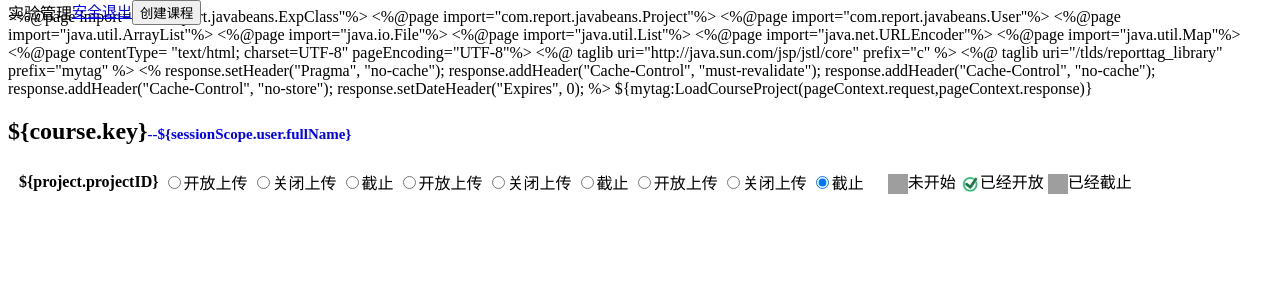
Repository: IAmJiangWenHao/ReportServer
Page: web/demo.html
These files come from the project's save history. The page is drawn as it stood at one moment and after the next save; the edit follows.
The browser window is 1280 px wide. The pictures show the whole page.
Pictures or frames that could not be fetched are drawn as grey boxes.

Above is the page before, as saved 2023-05-18 16:15:48.

### web/demo.html
<%@page import="com.report.javabeans.ExpClass"%>
<%@page import="com.report.javabeans.Project"%>
<%@page import="com.report.javabeans.User"%>
<%@page import="java.util.ArrayList"%>
<%@page import="java.io.File"%>
<%@page import="java.util.List"%>
<%@page import="java.net.URLEncoder"%>
<%@page import="java.util.Map"%>
<%@page contentType= "text/html; charset=UTF-8" pageEncoding="UTF-8"%>

<%@ taglib uri="http://java.sun.com/jsp/jstl/core" prefix="c" %>
<%@ taglib uri="/tlds/reporttag_library" prefix="mytag" %>
<!--script type="text/javascript" src="${pageContext.request.contextPath}/script/scriptV1.js?v=1.0"></script-->
<!DOCTYPE html>
<html>
  <%
    response.setHeader("Pragma", "no-cache");
    response.addHeader("Cache-Control", "must-revalidate");
    response.addHeader("Cache-Control", "no-cache");
    response.addHeader("Cache-Control", "no-store");
    response.setDateHeader("Expires", 0);
  %>
  <head>
    <meta http-equiv="Content-Type" content="text/html; charset=UTF-8">
    <title>实验上传系统 </title>
  </head>
  <body>
    ${mytag:LoadCourseProject(pageContext.request,pageContext.response)}
    <script>
      window.onload = function () {//Ajax实现更新项目状态
        var ratios = document.getElementsByTagName("input");//获取所有input（本页面的input只有单选按钮）
        var map = new Map();//记录单选按钮旧值
        for (var i = 0; i < ratios.length; i++) {
          map.set((i + 1).toString(), ratios[i].checked);
          //oninput事件在input的值发生改变时触发，这里监听单选按钮值得改变
          ratios[i].oninput = function () {
            var r = false;
            if (this.value === "deadline") {//是否选择截止
              //是否确认修改
              r = confirm("截止后不可再设置，确定截止？");
            }
            //取消截止
            if (this.value === "deadline" && r === false) {
              var list = document.getElementsByName(this.name);
              for (var j = 0; j < list.length; j++)
                list[j].checked = map.get(list[j].id);
              return;
            }
            ratioName = this.name;
            //确定截止，不允许再更改状态
            if (this.value === "deadline") {
              var list = document.getElementsByName(this.name);
              for (var j = 0; j < list.length; j++)
              {
                list[j].disabled = "disable";
                map.set(list[j].id, list[j].checked);
              }
            } else {
              var list = document.getElementsByName(this.name);
              for (var j = 0; j < list.length; j++)
                map.set(list[j].id, false);
              map.set(this.id, this.checked);
            }
            var formData = new FormData();//FormData 对象
            var course = ratioName.substr(0, ratioName.indexOf("-"));
            var project = ratioName.substr(ratioName.indexOf("-") + 1, ratioName.length - 1);
            //添加KV
            formData.append("project", project);//项目
            formData.append("course", course); //课程名
            formData.append("status", this.value);//状态
            var cell = document.getElementById(this.name);
            //显示实验项目状态提示信息
            cell.innerHTML = "&nbsp;&nbsp;&nbsp;&nbsp;&nbsp;";
            if (this.value === "open")
              cell.innerHTML += "<img style=\"vertical-align: middle;height:20px;width:20px\" src=\"./img/check.jpg\"/>已经开放";
            if (this.value === "close")
              cell.innerHTML += "<img style=\"vertical-align: middle;height:20px;width:20px\" src=\"./img/undone.png\"/>未开始";
            if (this.value === "deadline")
              cell.innerHTML += "<img style=\"vertical-align: middle;height:20px;width:20px\" src=\"./img/deadline.jpg\"/>已截止";
            //1.创建请求对象
            const xhr = new XMLHttpRequest();
            //2.设置请求行，这里用post(get请求数据写在url后面)
            //updateProject.do实现后端更新
            xhr.open("post", getAppPath() + "/updateProject.do");
            //3.设置请求头(get请求可以省略,post不发送数据也可以省略)
            //xhr.setRequestHeader("Content-type","application/x-www-form-urlencoded");
            // 用formData可以不写请求头，写了无法正常上传文件
            //4.请求主体发送(get请求为空，或者写null，post请求数据写在这里，
            //如果没有数据，直接为空或者写null)
            xhr.send(formData);
            //注册回调函数
            xhr.onload = function ()
            {
              if (xhr.readyState === 4)
              {
                if (xhr.status >= 200 && xhr.status <= 300)
                { //判断响应码 2XX 表示成功
                  console.log(xhr.response.toString());
                } else
                  console.log("响应码：" + xhr.status); //状态码
              } else
                console.log(xhr.readyState);
              ;
            };
          };
        }
        ;
      };
    </script>
    <script>
      function getAppPath() {
        //获取当前URL
        var curURL = window.document.location.href;
        //获取主机地址之后的路径部分（就是文件地址）
        var pathName = window.document.location.pathname;
        var pos = curURL.indexOf(pathName);
        //获取应用地址
        var host = curURL.substring(0, pos);
        //获取带"/"的应用名，如：/***
        var webAppName = pathName.substring(0, pathName.substr(1).indexOf('/') + 1);
        return host + webAppName;
      }
    </script>
    <script>
      var isIE = /msie/i.test(navigator.userAgent) && !window.opera;
      function fileChange(target, type) {
        var fileSize = 0;
        var filepath = target.value;
        var filemaxsize = 1024 * 5;//5M
        var flag = -1;
        if (filepath) {
          var fileend = filepath.substring(filepath.lastIndexOf("."));
          // alert(fileend);
          if (type && type.length > 0) {
            //alert(fileend.indexOf(type));
            if (fileend !== ".xlsx") {
              alert("只接受xlsx类型的文件！");
              target.value = "";
              return false;
            }
          }
        } else {
          return false;
        }
        if (isIE && !target.files) {
          var filePath = target.value;
          var fileSystem = new ActiveXObject("Scripting.FileSystemObject");
          if (!fileSystem.FileExists(filePath)) {
            alert("附件不存在，请重新输入！");
            return false;
          }
          var file = fileSystem.GetFile(filePath);
          fileSize = file.Size;
        } else {
          fileSize = target.files[0].size;
        }

        var size = fileSize / 1024;
        if (size > filemaxsize) {
          alert("附件大小不能大于" + filemaxsize / 1024 + "M！");
          target.value = "";
          return false;
        }
        if (size <= 0) {
          alert("附件大小不能为0M！");
          target.value = "";
          return false;
        }
      }
      function Check()
      {
        for (var i = 0; i < document.form1.elements.length - 1; i++)
        {
          if (document.form1.elements[i].value === "")
          {
            alert("不可空！");
            document.form1.elements[i].focus();
            return false;
          }
        }
        return true;
      }
      function cls() {
        var createCell = document.getElementById("createCourse");
        createCell.innerHTML = "";
      }

      function createCourse() {
        var createCell = document.getElementById("createCourse");
        createCell.innerHTML = "<form action=\"../uploadCourseServlet\" enctype=\"multipart/form-data\" method=\"post\" name=\"form1\" onSubmit=\"return Check()\"><table></tr><tr> <td>建课模板：</td><td><a href=\"实验课模板.xlsx\">下载</a></td></tr><tr><td>课程名：</td><td><input style=\" font-size:16px\" type=\"text\" name=\"courseName\" size=\"20\"/>(例：程序设计实验)</td></tr><tr><td>班级：</td><td><input style=\" font-size:16px\" type=\"text\" name=\"className\" size=\"20\"/>(例:信安201)</td></tr><tr> <td>文件：</td><td><input style=\" font-size:16px\" type=\"file\" name=\"file\" size=\"40\" id=\"fup\" onchange=\'fileChange(this,\".xlsx\");\'/></td><tr><td style=\"height:50px;\" align=\"right\" ><input style=\" font-size:16px\" type=\"submit\" value=\"提交\" size='30'/> </td><td align=\"left\"><input style=\" font-size:16px\" type=\"button\" value=\"关闭\" size='30' onclick=\"cls()\"/> </td></tr></table></form>";
      }
    </script>
    <div >
        <div style="display: flex; position: fixed; top: 0; width: 100%;">
            <font color="black" > 实验管理</font>
            <font style="font-size:15px;color:red"><a href="../exit">安全退出</a></font>
            <input type="button" value="创建课程" onclick="createCourse()">

        </div>

      <div id="createCourse">

      </div>


    <c:forEach var="course" items="${sessionScope.courseData}" varStatus="statusCourse">
      <h2> ${course.key}<font style="font-size:15px;color:blue">--${sessionScope.user.fullName}</font></h2><p>
      <table>
        <c:forEach var="project" items="${course.value}" varStatus="statusProject">
          <tr style=" height: 30px;border: 1px">
            <td>&nbsp;&nbsp;<b>${project.projectID}</b></td>
            <td><!-- 3.一组单选按钮 radio（同name），只能选一个
                     request.getParameter("***")-->
              <c:if test="${project.state==0}">
                <input type="radio" id="${"course".concat(statusCourse.count).concat(statusProject.count).concat(1)}"  name="${course.key.concat("-").concat(project.projectID)}" value="open">开放上传
                <input type="radio" id="${"course".concat(statusCourse.count).concat(statusProject.count).concat(1)}"  name="${course.key.concat("-").concat(project.projectID)}" value="close" checked="true">关闭上传
                <input type="radio" id="${"course".concat(statusCourse.count).concat(statusProject.count).concat(1)}"  name="${course.key.concat("-").concat(project.projectID)}" value="deadline">截止
              </c:if>
              <c:if test="${project.state==1}">
                <input type="radio" id="${"course".concat(statusCourse.count).concat(statusProject.count).concat(1)}"  name="${course.key.concat("-").concat(project.projectID)}" value="open" checked="true">开放上传
                <input type="radio" id="${"course".concat(statusCourse.count).concat(statusProject.count).concat(1)}"  name="${course.key.concat("-").concat(project.projectID)}" value="close" >关闭上传
                <input type="radio" id="${"course".concat(statusCourse.count).concat(statusProject.count).concat(1)}"  name="${course.key.concat("-").concat(project.projectID)}" value="deadline">截止
              </c:if>
              <c:if test="${project.state==2}">
                <input type="radio" id="${"course".concat(statusCourse.count).concat(statusProject.count).concat(1)}"  name="${course.key.concat("-").concat(project.projectID)}" value="open">开放上传
                <input type="radio" id="${"course".concat(statusCourse.count).concat(statusProject.count).concat(1)}"  name="${course.key.concat("-").concat(project.projectID)}" value="close" >关闭上传
                <input type="radio" id="${"course".concat(statusCourse.count).concat(statusProject.count).concat(1)}"  name="${course.key.concat("-").concat(project.projectID)}" value="deadline" checked="true">截止
              </c:if>
            </td>
            <td id="${course.key.concat("-").concat(project.projectID)}">&nbsp;&nbsp;&nbsp;&nbsp;
              <c:if test="${project.state==0}" >
                <img style="vertical-align: middle;height:20px;width:20px" alt="" src="../img/undone.jpg"/>未开始
              </c:if>
              <c:if test="${project.state==1}" >
                <img style="vertical-align: middle;height:20px;width:20px" alt="" src="../img/check.jpg"/>已经开放
              </c:if>
              <c:if test="${project.state==2}" >
                <img style="vertical-align: middle;height:20px;width:20px" alt="" src="../img/deadline.png"/>已经截止
              </c:if>
            </td>
          </tr>
        </c:forEach>
      </table>
    </c:forEach>
  </div>
</body>
</html>

After the next save:
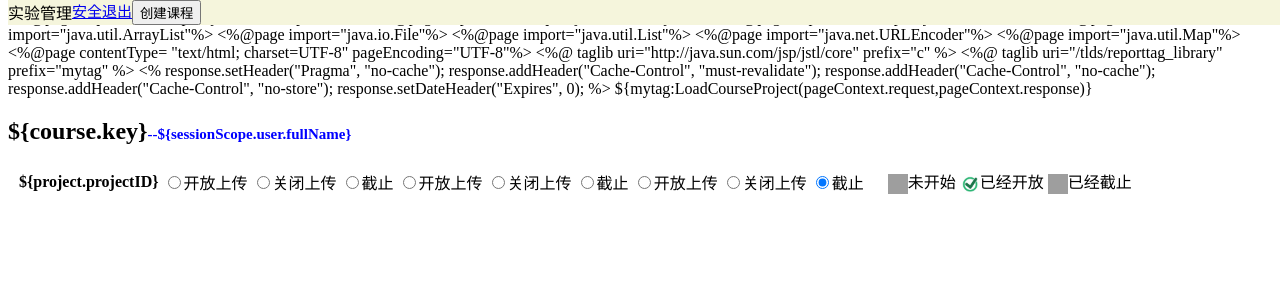
Saved 10 s later.
--- a/web/demo.html
+++ b/web/demo.html
@@ -191,7 +191,7 @@
       }
     </script>
     <div >
-        <div style="display: flex; position: fixed; top: 0; width: 100%;">
+        <div style="display: flex; position: fixed; top: 0; width: 100%; background-color: beige;">
             <font color="black" > 实验管理</font>
             <font style="font-size:15px;color:red"><a href="../exit">安全退出</a></font>
             <input type="button" value="创建课程" onclick="createCourse()">
